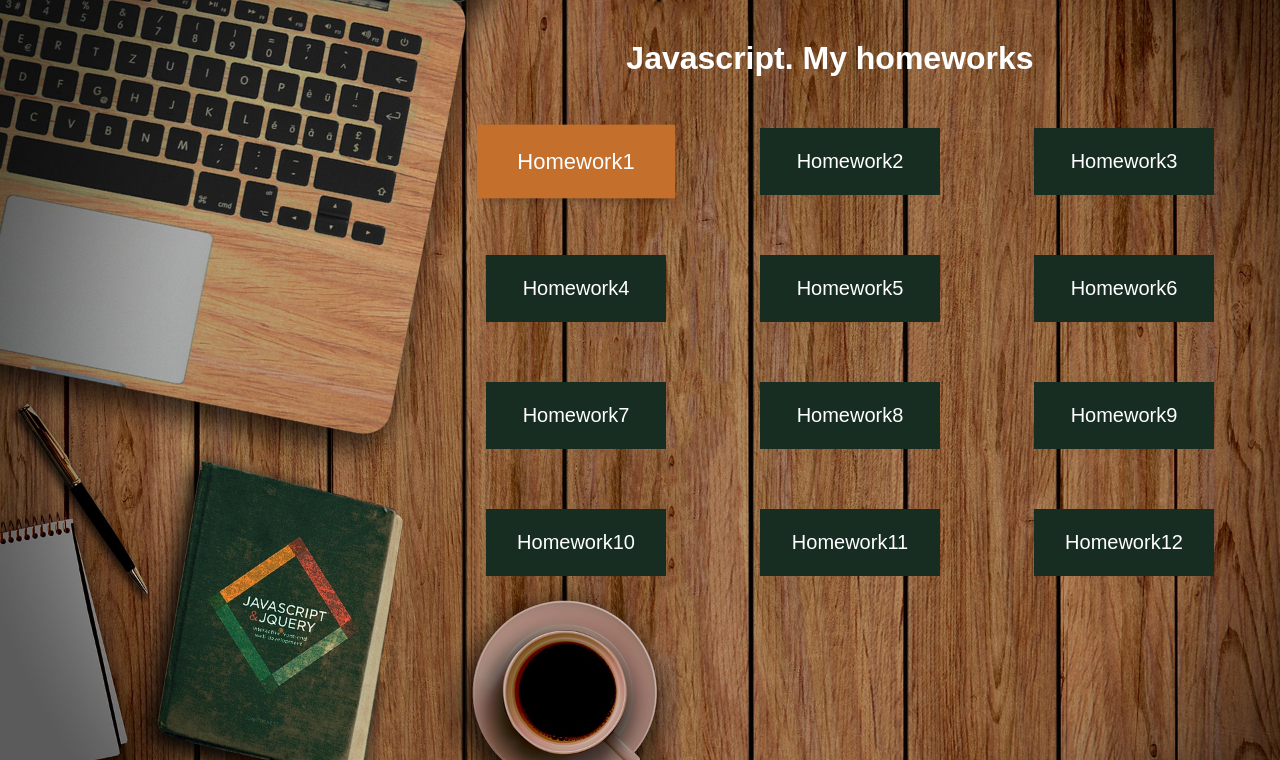
Repository: mariiastetsko/cursor-js-hw
Page: index.html
The author's editor kept a copy of each file at every save. The page is drawn from the files as they stood at one save, then again after the next save.
The browser window is 1280 px wide. The pictures show the whole page.
The pointer rests on the first visible `.hw`.

Above is the page before, as saved 2020-07-22 20:53:30.

After the next save:
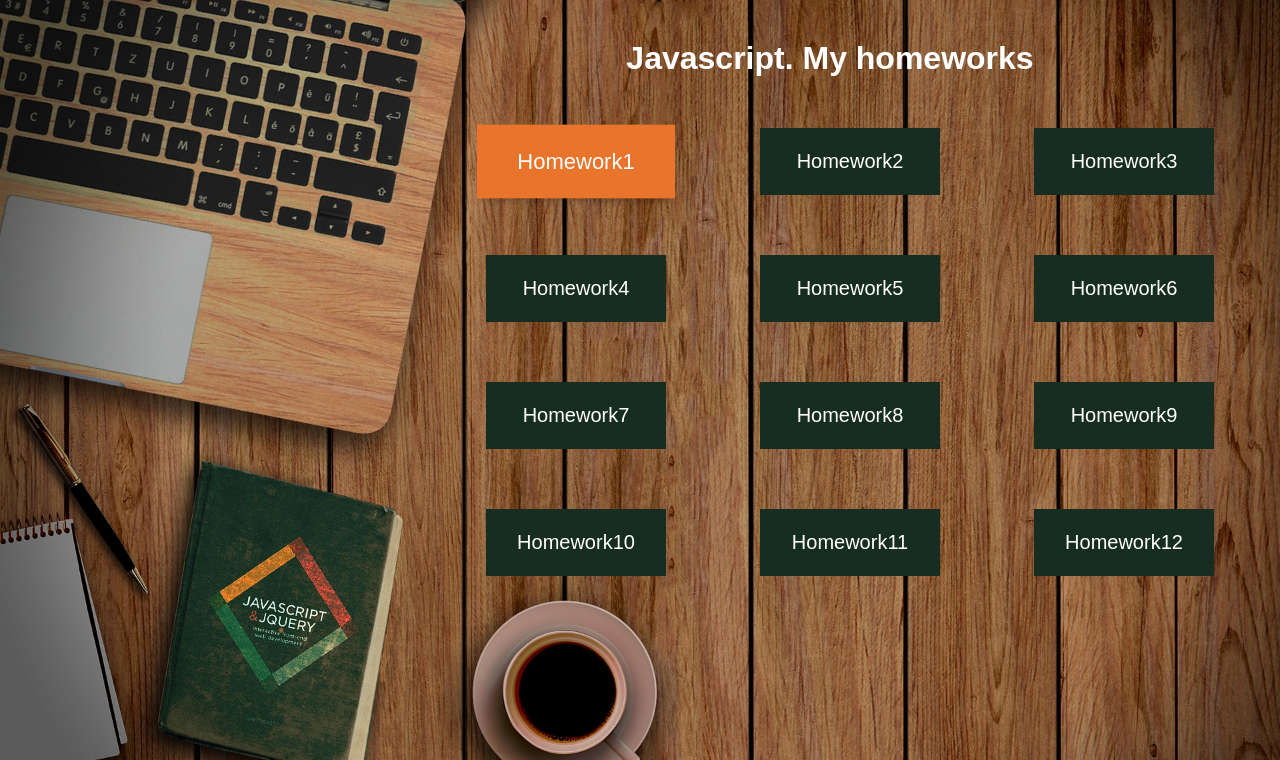
Saved 50 s later.
--- a/style.css
+++ b/style.css
@@ -45,7 +45,7 @@ li, a {
   .hw:hover, .hw:focus, .hw:active {
     box-shadow: 0 10px 10px -10px rgba(0, 0, 0, 0.5);
     transform: scale(1.1);
-    background: #C46F2C;
+    background: #E9742B;
   }
 
 .homeworks {
